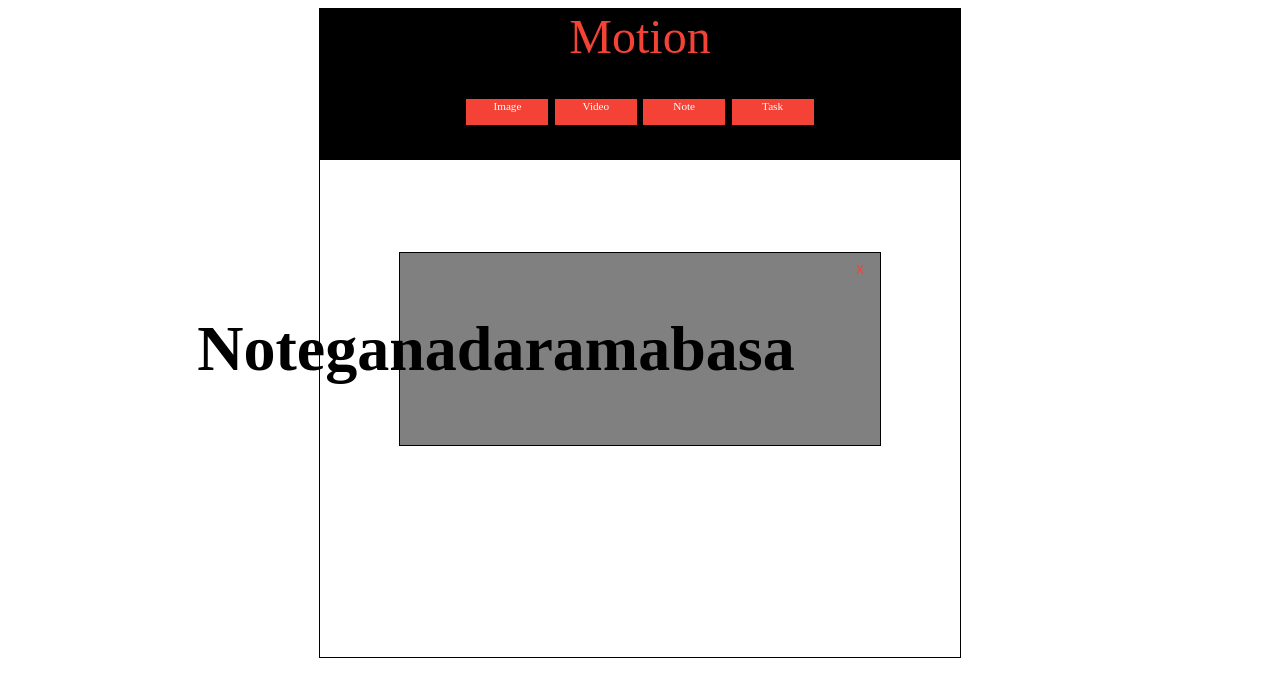
Repository: DevMinwoo-Jung/typescript
Page: motion/index.html
The author's editor kept a copy of each file at every save. The page is drawn from the files as they stood at one save, then again after the next save.
The browser window is 1280 px wide. The pictures show the whole page.

Above is the page before, as saved 2021-10-12 14:50:22.

### motion/index.html
<!DOCTYPE html>
<html lang="en">
<head>
  <meta charset="UTF-8">
  <meta http-equiv="X-UA-Compatible" content="IE=edge">
  <meta name="viewport" content="width=device-width, initial-scale=1.0">
  <title>Document</title>
  <script src="build/main.js"></script>
  <link rel="stylesheet" href="index.module.css">
</head>
<body>
  <section class="main__section">
    <div class="header__contents">
      <header class="haeder">Motion</header>
        <div class="item__category">
          <div class="category">Image</div>
          <div class="category">Video</div>
          <div class="category">Note</div>
          <div class="category">Task</div>
        </div>
    </div>
    <!-- <div class="img__div">
      <img class="img" src="img/money.png" alt="">
      <div class="text__div">
        <p class="text">Img</p>
        <button class="closeBtn__box">x</button>
      </div>
    </div> -->
    <!-- <div class="video__div">
      <iframe class="vidoe" src="https://www.youtube.com/embed/fGcmOlOI3uo" title="YouTube video player" frameborder="0" allow="accelerometer; autoplay; clipboard-write; encrypted-media; gyroscope; picture-in-picture" allowfullscreen></iframe>
      <div class="text__div">
        <p class="text">Video</p>
        <button class="closeBtn__box">x</button>
      </div>
    </div> -->
    <div class="note__div">
      <div class="noteText__div">
        <p>Note</p>
        <p>ganadaramabasa</p>
        <button class="closeBtn__box">x</button>
      </div>
    </div>
    <!-- <div class="video__div">
      <iframe class="vidoe" src="https://www.youtube.com/embed/fGcmOlOI3uo" title="YouTube video player" frameborder="0" allow="accelerometer; autoplay; clipboard-write; encrypted-media; gyroscope; picture-in-picture" allowfullscreen></iframe>
      <div class="text__div">
        <p class="text">Video</p>
        <button class="closeBtn__box">x</button>
      </div>
    </div> -->
  </section>
  <!-- <section class="image__section">
    <div class="input__div">
      <div class="title">
        <button class="closeBtn">x</button>
        <span>Title</span><br/>
        <input class="input" type="text"><br/>
        <span>URL</span><br/>
        <input type="text">
        <button class="addBtn">Add</button>
      </div>
    </div>
  </section> -->
  <!-- <section class="video__section">
    <div class="input__div">
      <div class="title">
        <button class="closeBtn">x</button>
        <span>Title</span><br/>
        <input class="input" type="text"><br/>
        <span>URL</span><br/>
        <input type="text">
        <button class="addBtn">Add</button>
      </div>
    </div>
  </section> -->
  <!-- <section class="Note__section">
    <div class="note__div">
      <div class="title">
        <button class="closeBtn">x</button>
        <span>Title</span><br/>
        <input  type="text"><br/>
        <span>Body</span><br/>
        <input class="Note__input" type="text">
        <button class="addBtn">Add</button>
      </div>
    </div>
  </section> -->
  <!-- <section class="Task__section">
    <div class="input__div">
      <div class="title">
        <button class="closeBtn">x</button>
        <span>Title</span><br/>
        <input class="input" type="text"><br/>
        <span>URL</span><br/>
        <input type="text">
        <button class="addBtn">Add</button>
      </div>
    </div>
  </section> -->
</body>
</html>

### motion/index.module.css
:root {
  --color-red: #f44336;
  --color-white: white;
  --color-black: black;
  --color-yellow: rgb(253, 253, 171);
}

.main__section {
  margin: auto;
  width: 40rem;
  border: 1px solid black;
  height: 90vh;
}

.header__contents {
  background-color: var(--color-black);
}

.haeder {
  font-size: 3rem;
  text-align: center;
  color: var(--color-red);
}

.item__category {
  text-align: center;
  font-size: 1rem;
  padding-top: 2rem;
  padding-bottom: 2rem;
  display: flex;
  justify-content: center;
}

.category {
  margin: 0.2rem;
  border: 1px solid var(--color-red);
  background-color: var(--color-red);
  width: 5rem;
  height: 1.5rem;
  color: var(--color-white);
  cursor: pointer;
  font-size: 0.7rem;
}

/* show section */
.img__div {
  width: 90%;
  height: 15rem;
  border: 1px solid;
  margin: 1rem auto;
  display: flex;
}

.img {
  width: 60%;
  height: 100%;
}

.text__div {
  position: relative;
  width: 40%;
  height: 100%;
  text-align: center;
  display: flex;
  justify-content: center;
  align-items: center;
  font-size: 4rem;
  font-weight: bold;
}

.video__div {
  width: 90%;
  height: 15rem;
  border: 1px solid;
  margin: 1rem auto;
  display: flex;
}

.video {
  width: 60%;
  height: 100%;
}

.note__div {
  width: 90%;
  height: 15rem;
  border: 1px solid;
  margin: 1rem auto;
  display: flex;
}

.noteText__div {
  display: block;
  width: 40%;
  height: 100%;
  text-align: center;
  display: flex;
  justify-content: center;
  align-items: center;
  font-size: 4rem;
  font-weight: bold;
}

/* add section */
.input__div {
  position: absolute;
  width: 30rem;
  height: 10rem;
  z-index: 1;
  border: 1px solid black;
  margin: auto;
  left: 0;
  right: 0;
  margin-left: auto;
  margin-right: auto;
  top: 35%;
  background-color: grey;
}

.note__div {
  position: absolute;
  width: 30rem;
  height: 12rem;
  z-index: 1;
  border: 1px solid black;
  margin: auto;
  left: 0;
  right: 0;
  margin-left: auto;
  margin-right: auto;
  top: 35%;
  background-color: grey;
}

.title {
  color: var(--color-yellow);
  font-size: 0.8rem;
  margin-left: 2rem;
  margin-top: 2rem;
  position: relative;
}

input {
  font-size: 1rem;
  width: 90%;
}

.Note__input {
  font-size: 1rem;
  width: 90%;
  height: 3rem;
}

.addBtn {
  position: relative;
  margin-top: 1%;
  margin: 3% 0 0 85%;
  width: 2.5rem;
  height: 1.5rem;
  background-color: var(--color-red);
  color: var(--color-white);
  border: none;
  cursor: pointer;
}

.closeBtn {
  position: absolute;
  font-size: 1rem;
  margin-top: -1rem;
  right: 1.5rem;
  width: 2.5rem;
  height: 1.5rem;
  color: var(--color-red);
  background: none;
  border: none;
  cursor: pointer;
}

.closeBtn__box {
  position: absolute;
  font-size: 1rem;
  margin-top: -10rem;
  right: 0;
  width: 2.5rem;
  height: 1.5rem;
  color: var(--color-red);
  background: none;
  border: none;
  cursor: pointer;
}

Loaded but not shown: motion/build/main.js (no copy from this time; the picture is the same without it)

After the next save:
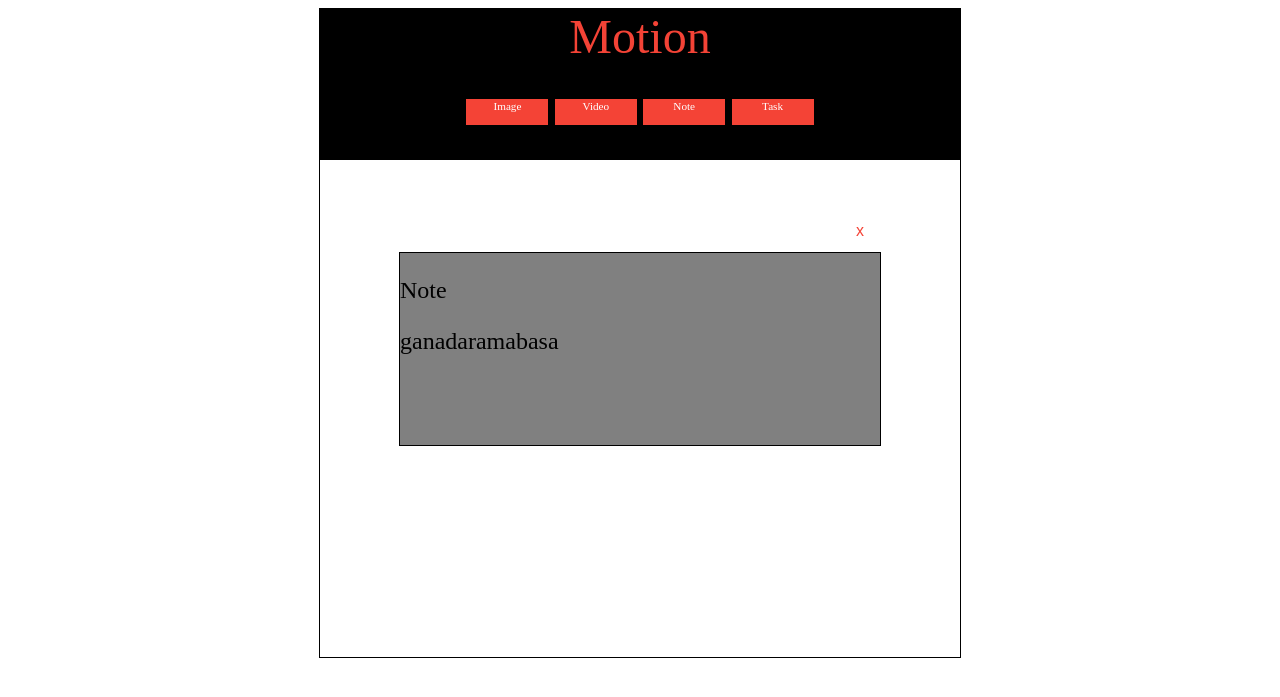
Saved 27 s later.
--- a/motion/index.module.css
+++ b/motion/index.module.css
@@ -93,12 +93,8 @@
   display: block;
   width: 40%;
   height: 100%;
-  text-align: center;
-  display: flex;
-  justify-content: center;
-  align-items: center;
-  font-size: 4rem;
-  font-weight: bold;
+  text-align: left;
+  font-size: 1.5rem;
 }
 
 /* add section */
